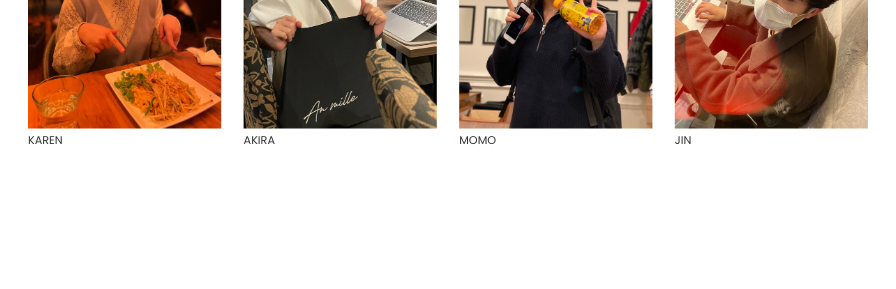
Repository: kohei23n/tenfeet
Page: index.html
These files come from the project's save history. The page is drawn as it stood at one moment and after a run of saves; the edit follows.
The browser window is 1280 px wide. The pictures show the part of the page from y = 701 to 2621 px (the page is 1114 px tall before and 2621 px after), at 70% of full size.

Above is the page before, as saved 2022-02-08 22:27:02.
Console error (its wording comes from the project's code and is left out).

### index.html
<!DOCTYPE html>
<html lang="en">
<head>
  <meta charset="UTF-8">
  <meta http-equiv="X-UA-Compatible" content="IE=edge">
  <meta name="viewport" content="width=device-width, initial-scale=1.0">
  <link rel="stylesheet" href="style.css">
  <link href="https://fonts.googleapis.com/css?family=Poppins" rel="stylesheet">
  <script src="https://ajax.googleapis.com/ajax/libs/jquery/3.5.1/jquery.min.js"></script>
  <title>Moshalympics</title>
</head>
<body>
  <header id="header" class="wrapper">
    <h1 class="title">
      <a href="index.html">
        <img src="img/logo.svg" alt="Furniture Design">
      </a>
    </h1>
    <nav id="nav">
      <ul class="nav_menu">
        <li><a href="">PRODUCTS</a></li>
        <li><a href="">ABOUT</a></li>
        <li><a href="">COMPANY</a></li>
        <li><a href="">CONTACT</a></li>
      </ul>
    </nav>
    <div class="button">
      <span></span>
      <span></span>
    </div>
    <div id="mask"></div>
  </header>

  <main>
    <div id="top" class="wrapper">
      <ul class="product_list">
        <li>
          <a href="/members1/index.html?id=1">
            <img src="/img/1.jpg" alt="1">
            <p class="name">KOHEI</p>
          </a>
        </li>
        <li>
          <a href="/members1/index.html?id=2">
            <img src="/img/2.jpg" alt="2">
            <p class="name">ONOKAN</p>
          </a>
        </li>
        <li>
          <a href="/members1/index.html?id=3">
            <img src="/img/3.jpg" alt="3">
            <p class="name">TAIKI</p>
          </a>
        </li>
        <li>
          <a href="/members1/index.html?id=4">
            <img src="/img/4.jpg" alt="4">
            <p class="name">EIKI</p>
          </a>
        </li>
        <li>
          <a href="/members1/index.html?id=5">
            <img src="/img/5.jpg" alt="5">
            <p class="name">KAREN</p>
          </a>
        </li>
        <li>
          <a href="/members1/index.html?id=6">
            <img src="/img/6.jpg" alt="6">
            <p class="name">AKIRA</p>
          </a>
        </li>
        <li>
          <a href="/members1/index.html?id=7">
            <img src="/img/7.jpg" alt="7">
            <p class="name">MOMO</p>
          </a>
        </li>
        <li>
          <a href="/members1/index.html?id=8">
            <img src="/img/8.jpg" alt="8">
            <p class="name">JIN</p>
          </a>
        </li>
      </ul>
    </div>
  </main>

  <div id="member_list_2"></div>

  <script src="/main.js"></script>
</body>
</html>

### style.css
* {
  margin: 0;
  padding: 0;
}



#header {
  width: 100%;
  height: 80px;
  background-color: #fff;
  display: flex;
  align-items: center;
  justify-content: space-between;
  position: fixed;
  left: 0;
  right: 0;
  z-index: 10;
}

.wrapper {
  max-width: 1360px;
  margin: 0 auto;
  padding: 0 40px;
  box-sizing: border-box;
}

h1 {
  display: block;
  font-size: 2em;
  margin-block-start: 0.67em;
  margin-block-end: 0.67em;
  margin-inline-start: 0px;
  margin-inline-end: 0px;
  font-weight: bold;
}

.title a {
  width: 180px;
  line-height: 1px;
  display: block;
}

img {
  max-width: 100%;
}


.open #nav {
  left: 0;
  opacity: 1;
}

#nav {
  opacity: 0;
  position: fixed;
  top: 0;
  left: -300px;
  width: 300px;
  color: #fff;
  padding: 36px 50px;
  transition: all 0.3s;
  z-index: 20;
}


#nav li {
  margin-bottom: 14px;
  list-style: none;
}

#nav a {
  color: #fff;
  text-decoration: none;
  transition: all 0.5s;
}

.button {
  width: 30px;
  height: 30px;
  position: relative;
  transition: all 0.5s;
  cursor: pointer;
  z-index: 20;
}

.button span:nth-child(1) {
  top: 10px;
}

.button span:nth-child(2) {
  bottom: 10px;
}

.button span {
  display: block;
  position: absolute;
  width: 30px;
  height: 2px;
  background-color: #333;
  border-radius: 4px;
  transition: all 0.5s;
}

.open .button span {
  background-color: #fff;
}

.open .button span:nth-child(1) {
  transform: rotate(-45deg) translateY(5px);
}

.open .button span:nth-child(2) {
  transform: rotate(45deg) translateY(-5px);
}

#mask {
  display: none;
  transition: all 0.6s;
}

.open #mask {
  display: block;
  position: fixed;
  top: 0;
  left: 0;
  width: 100%;
  height: 100%;
  background: #000;
  opacity: 0.8;
  z-index: 10;
  cursor: pointer;

}

/* MAIN  */

#top {
  padding-top: 80px;
  padding-bottom: 160px;
}

.product_list {
  display: flex;
  flex-wrap: wrap;
  justify-content: space-between;
}

.product_list li {
  width: 23%;
  margin-bottom: 40px;
  list-style: none;
}

.product_list a {
  color: #333;
  text-decoration: none;
  transition: all 0.5s;
}

.product_list img:hover {
  transition: 0.5s;
  opacity: 0.8;
}

/* NAME */

.name {
  font-family: 'Poppins', sans-serif;
}

### main.js
$(function(){

  $('.button').on("click", function() {
    if ($('#header').hasClass('open')) {
      $('header').removeClass('open');
    } else {
      $('header').addClass('open');
    }
  });

  $('#mask').on("click", function() {
    $('header').removeClass('open');
  });
})


let content = `<li>
<a href="/members1/index.html?id=8">
  <img src="/img/8.jpg" alt="8">
  <p class="name">JIN</p>
</a>
</li>`;




let content2 = document.getElementById('member_list_2');
content2.insertAdjacentHTML()

After the next 2 saves:
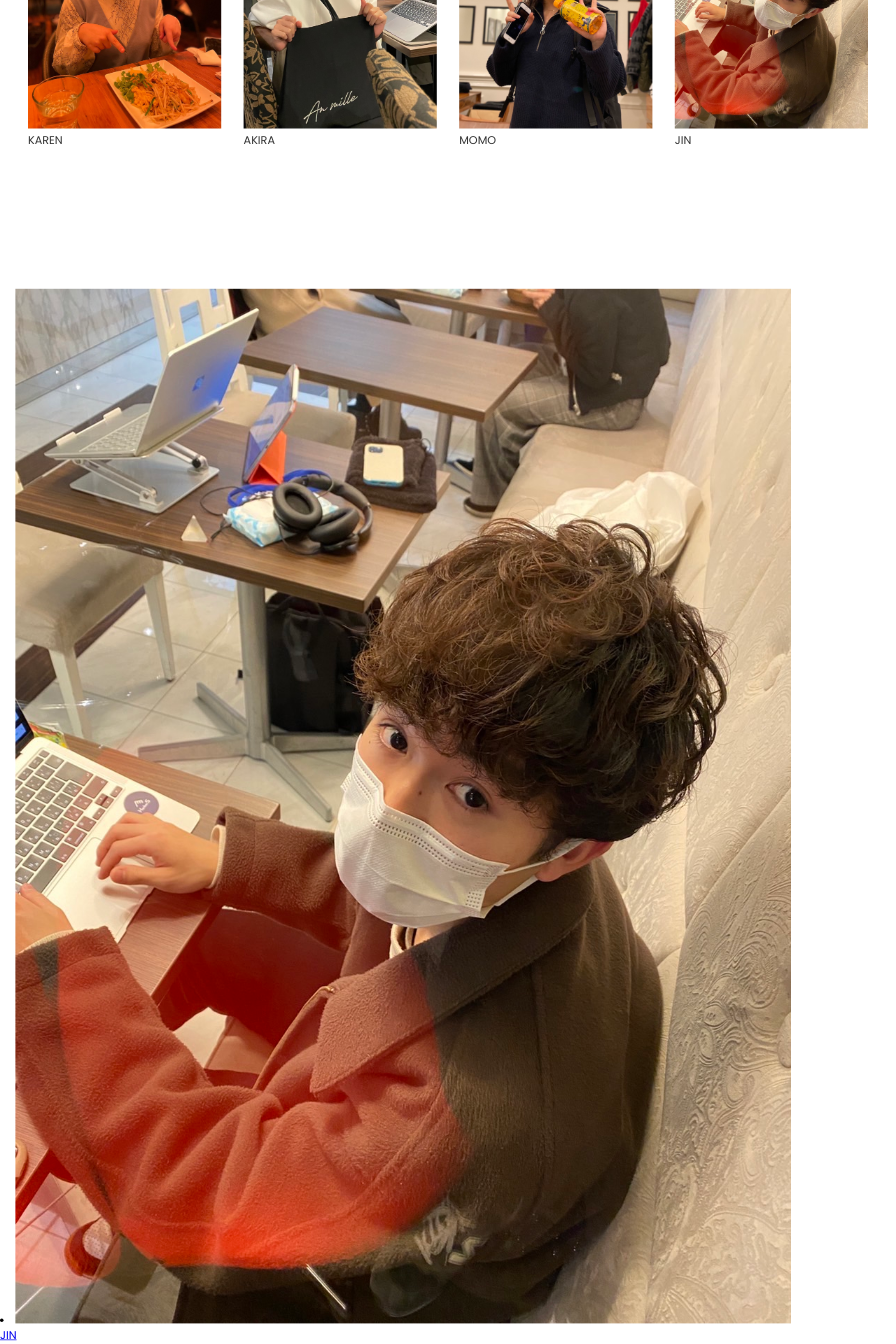
The error is gone.
The 2 saves are shown as one change because they came seconds apart.
The last was saved 23 s later.
--- a/main.js
+++ b/main.js
@@ -25,4 +25,4 @@ let content = `<li>
 
 
 let content2 = document.getElementById('member_list_2');
-content2.insertAdjacentHTML()
+content2.insertAdjacentHTML("beforebegin", content)
